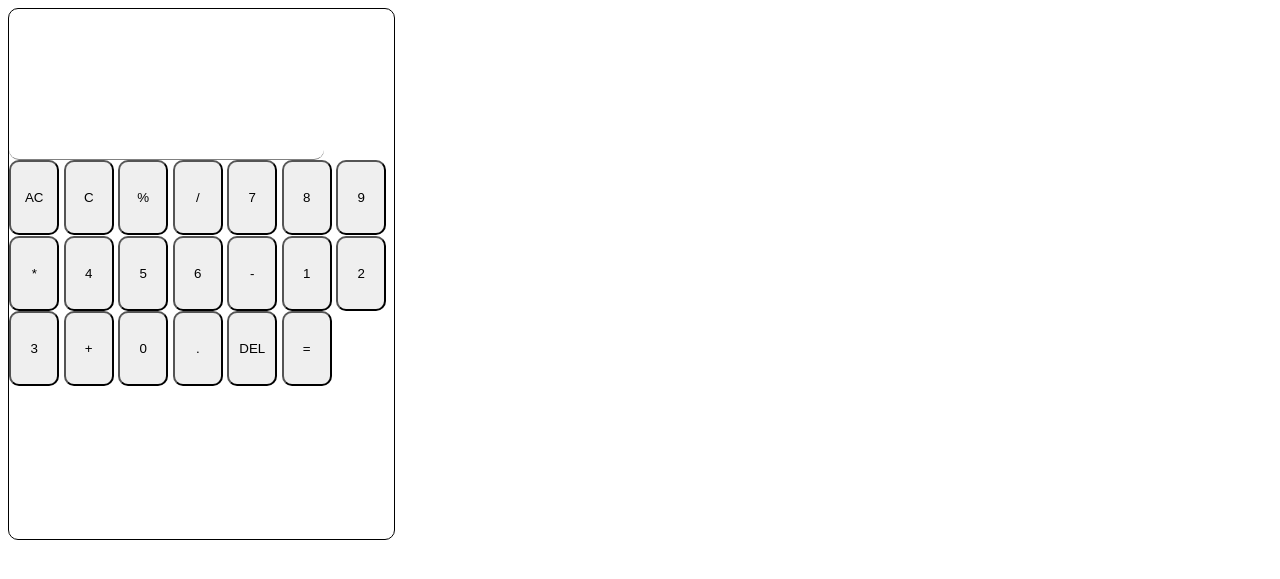
Repository: baziz22/Vanilla_JS_Projects
Page: claculator/index.html
The author's editor kept a copy of each file at every save. The page is drawn from the files as they stood at one save, then again after the next save.
The browser window is 1280 px wide. The pictures show the whole page.

Above is the page before, as saved 2022-03-02 02:12:38.
Console error: SyntaxError: Malformed arrow function parameter list

After the next save:
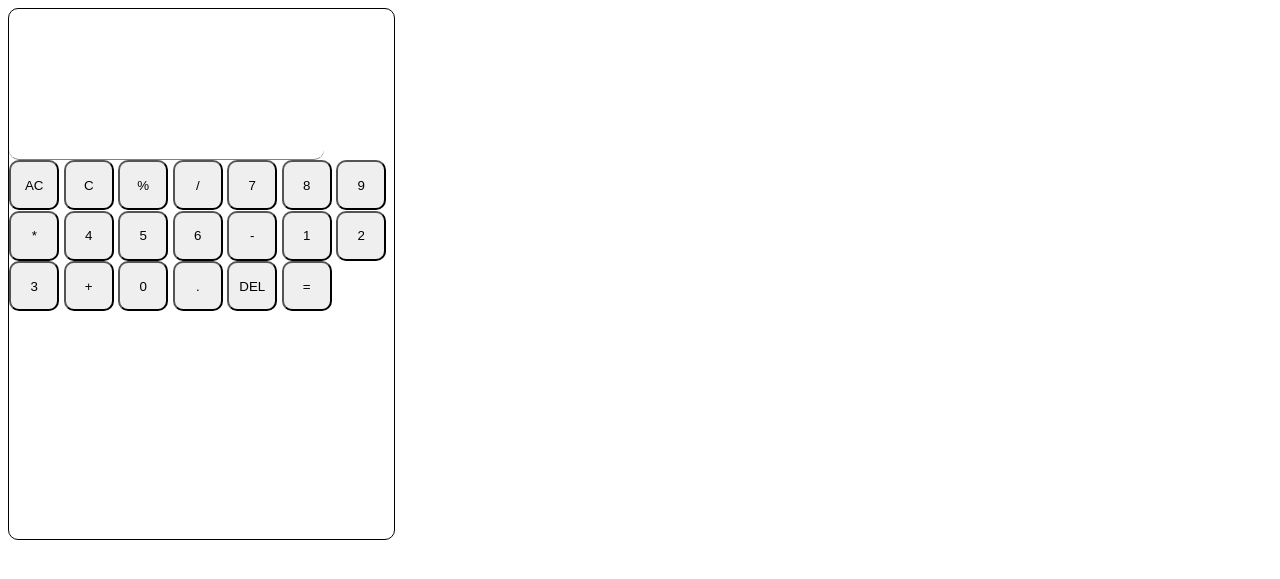
Saved 8 s later.
--- a/claculator/style.css
+++ b/claculator/style.css
@@ -7,7 +7,7 @@
 button {
   margin: 0.25px;
   width: 50px;
-  height: 75px;
+  height: 50px;
   border-radius: 10px;
 }
 #result {
